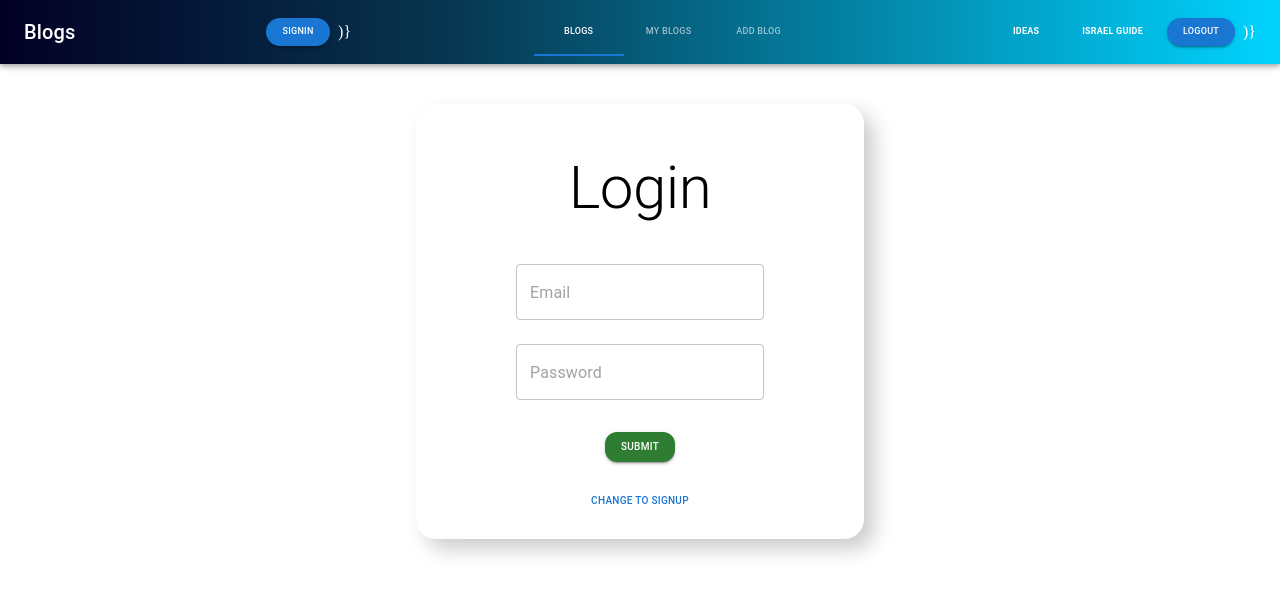
Repository: LolaSL/myBlogs
Page: /auth (app in frontend/)
An editor plug-in stored every save of this project. The page is shown before and after a run of saves, followed by the edit.
The browser window is 1280 px wide. The pictures show the whole page.
The project was rebuilt for these pictures with package versions that can differ from the ones it lists, and the page was loaded fresh each time. Also part of the build but not shown: frontend/src/components/Blog.jsx, frontend/src/components/Blogs.jsx, frontend/src/components/UserBlog.jsx, frontend/src/components/BlogDetails.jsx, frontend/src/components/AddBlog.jsx, frontend/src/pages/HotelTips.jsx, frontend/src/pages/TouristTips.jsx, frontend/src/pages/Journey.jsx and 7 more. Imported but missing from the stored project, and not drawn on this page: frontend/src/components/videos/video.webm.

Above is the page before, as saved 2024-04-11 15:32:29.

### frontend/public/index.html
<!DOCTYPE html>
<html lang="en">
  <head>
    <meta charset="utf-8" />
    <link rel="icon" href="%PUBLIC_URL%/favicon.ico" />
    <meta name="viewport" content="width=device-width, initial-scale=1" />
    <meta name="theme-color" content="#000000" />
    <meta
      name="description"
      content="Web site created using create-react-app"
    />
    <link rel="apple-touch-icon" href="%PUBLIC_URL%/logo192.png" />
    <!--
      manifest.json provides metadata used when your web app is installed on a
      user's mobile device or desktop. See https://developers.google.com/web/fundamentals/web-app-manifest/
    -->
    <link rel="manifest" href="%PUBLIC_URL%/manifest.json" />
    <!--
      Notice the use of %PUBLIC_URL% in the tags above.
      It will be replaced with the URL of the `public` folder during the build.
      Only files inside the `public` folder can be referenced from the HTML.

      Unlike "/favicon.ico" or "favicon.ico", "%PUBLIC_URL%/favicon.ico" will
      work correctly both with client-side routing and a non-root public URL.
      Learn how to configure a non-root public URL by running `npm run build`.
    -->
    <link href="https://fonts.googleapis.com/css2?family=Montserrat&display=swap" rel="stylesheet">
    <title>React App</title>
  </head>
  <body>
    <noscript>You need to enable JavaScript to run this app.</noscript>
    <div id="root"></div>
    <!--
      This HTML file is a template.
      If you open it directly in the browser, you will see an empty page.

      You can add webfonts, meta tags, or analytics to this file.
      The build step will place the bundled scripts into the <body> tag.

      To begin the development, run `npm start` or `yarn start`.
      To create a production bundle, use `npm run build` or `yarn build`.
    -->
  </body>
</html>

### frontend/src/index.js
import React from 'react';
import ReactDOM from 'react-dom/client';
import './index.css';
import App from './App';
import reportWebVitals from './reportWebVitals';
import { BrowserRouter } from 'react-router-dom';
import { Provider } from 'react-redux';
import { store } from './store'
import 'react-toastify/dist/ReactToastify.css'



const root = ReactDOM.createRoot(document.getElementById('root'));
root.render(
  <React.StrictMode>
    <BrowserRouter>
      <Provider store={store}>
        <App />
      </Provider>
      </BrowserRouter>
  </React.StrictMode>
);

// If you want to start measuring performance in your app, pass a function
// to log results (for example: reportWebVitals(console.log))
// or send to an analytics endpoint. Learn more: https://bit.ly/CRA-vitals
reportWebVitals();

### frontend/src/index.css

* {
  margin: 0;
}
.pagination {
  display: flex;
  justify-content: center;
  list-style: none;
  padding: 0;
  margin: 10px;
}

.page-item {
  margin: 0 5px;
}

.page-link {
  display: inline-block;
  padding: 5px 10px;
  background-color: #007bff;
  color: #fff;
  border: 1px solid #007bff;
  border-radius: 5px;
  text-decoration: none;
  cursor: pointer;
}

.page-link:hover {
  background-color: #0056b3;
  color: #fff;
}

### frontend/src/App.js
import React, { useEffect } from 'react';
import Header from './components/Header';
import { Route, Routes } from 'react-router-dom';
import Auth from './components/Auth.jsx';
import Blogs from './components/Blogs.jsx';
import UserBlogs from './components/UserBlog.jsx';
import BlogDetails from './components/BlogDetails.jsx';
import AddBlog from './components/AddBlog.jsx';
import { useDispatch, useSelector } from 'react-redux';
import { authActions } from './store';
import HotelTips from './pages/HotelTips.jsx';
import TouristTips from './pages/TouristTips.jsx';
import Journey from './pages/Journey.jsx';
import CompliteGuide from './pages/CompliteGuide.jsx';
import BestTimeToVisit from './pages/BestTime.jsx';
import WheatherAndClimate from './pages/WeatherAndClimate.jsx';
import ReasonToVisitIsrael from './pages/ReasonTovisitIstael.jsx';
import Airport from './pages/Airport.jsx'
import FashionStyle from './pages/FashionStyle.jsx';
import { ToastContainer } from 'react-toastify';
import HealthRecipes from './pages/HealthRecipes.jsx'



function App() {
  const dispatch = useDispatch();
  const isLoggedIn = useSelector(state => state.isLoggedIn);
  console.log(isLoggedIn)
  useEffect(() => {

    if (localStorage.getItem("userId"))
      dispatch(authActions.login())
  }, [dispatch])

  return (
    <React.Fragment>
      <header>
        <Header />
      </header>
      <main>
        <Routes>

          <Route path="/health-dinner-recipes" element={<HealthRecipes />} />
          <Route path="/fashion-style" element={<FashionStyle />} />
          <Route path="/airport" element={<Airport />} />
          <Route path="/reasons-to-visit-israel" element={<ReasonToVisitIsrael />} />
          <Route path="/wheather-and-climate" element={<WheatherAndClimate />} />
          <Route path="/best-time-to-visit" element={<BestTimeToVisit />} />
          <Route path="/slide" element={<CompliteGuide />} />
          <Route path="/journey" element={<Journey />} />
          <Route path="/tips" element={<TouristTips />} />
          <Route path="/hotel-tips" element={<HotelTips />} />
          {!isLoggedIn ? <Route path="/auth" element={<Auth />} /> :
            <>
              <Route path="/blogs" element={<Blogs />} />
              <Route path="/blogs/add" element={<AddBlog />} />
              <Route path="/myBlogs" element={<UserBlogs />} />
              <Route path="/myBlogs/:id" element={<BlogDetails />} />
            </>
          }

        </Routes>
        <ToastContainer position="bottom-center" limit={1} autoClose={3000} />
      </main>

    </React.Fragment>
  );
}

export default App;

### frontend/src/store/index.js
import { configureStore, createSlice } from '@reduxjs/toolkit';

const authSlice = createSlice({
    name: 'auth',
    initialState: { isLoggedIn: false },
    reducers: {
        login(state) {
            state.isLoggedIn = true;
        },
        logout(state) {
            localStorage.removeItem("userId")
            state.isLoggedIn = false;
        }
    }
});
export const authActions = authSlice.actions
export const store = configureStore({
    reducer: authSlice.reducer
})

### frontend/src/components/Header.jsx
import React, { useState } from "react";
import {
  AppBar,
  Toolbar,
  Typography,
  Box,
  Button,
  Tabs,
  Tab,
  useMediaQuery,
  useTheme,
  Drawer,
  List,
  ListItem,
  ListItemText,
} from "@mui/material";
import { Link } from "react-router-dom";
import { useSelector, useDispatch } from "react-redux";
import { authActions } from "../store";
import useStyles from "./utils";
import Guide from "./Guide";
import Ideas from "./Ideas";
import { toast } from "react-toastify";
import "react-toastify/dist/ReactToastify.css";

const Header = () => {
  const classes = useStyles();
  const dispatch = useDispatch();
  const isLoggedIn = useSelector((state) => state.isLoggedIn);
  const [value, setValue] = useState(0);
  const [menuOpen, setMenuOpen] = useState(false);

  const theme = useTheme();

  const isSmallScreen = useMediaQuery(theme.breakpoints.down("sm"));

  const toggleMenu = () => {
    setMenuOpen(!menuOpen);
  };

  const handleLogout = () => {
    dispatch(authActions.logout());
    toast.success("Logged out successfully!");
  };

  return (
    <AppBar
      position="sticky"
      sx={{
        background:
          "linear-gradient(90deg, rgba(2,0,36,1) 0%, rgba(7,54,80,1) 35%, rgba(0,212,255,1) 100%)",
        top: 0,
      }}
    >
      <Toolbar>
        <Typography className={classes.font} variant="h6">
          Blogs
        </Typography>
        {/* {!isLoggedIn && ( */}
          <Box
            fontSize="9px"
            position="right"
            marginLeft={"auto"}
            marginRight={"4"}
          >
            <Button
              display="flex"
              className={classes.font}
              LinkComponent={Link}
              to="/auth"
              variant="contained"
              sx={{ margin: 1, borderRadius: 10, fontSize: "9px" }}
              color="primary"
            >
              SignIn
            </Button>
          </Box>
        )}

          <>
            <Box
              fontSize="9px"
              display="flex"
              marginLeft={"auto"}
              marginRight={"auto"}
            >
              {isSmallScreen ? (
                <>
                  <Ideas />
                  <Guide />
                  <Button
                    className={classes.font}
                    onClick={toggleMenu}
                    variant="text"
                    sx={{ margin: 1, borderRadius: 10, fontSize: "9px", color: "white" }}
                  >
                    Menu
                  </Button>
                </>
              ) : (
                <Tabs
                  sx={{ fontSize: "9px" }}
                  textColor="inherit"
                  value={value}
                  onChange={(e, val) => setValue(val)}
                >
                  <Tab
                    sx={{ fontSize: "9px" }}
                    className={classes.font}
                    LinkComponent={Link}
                    to="/blogs"
                    label="Blogs"
                  />
                  <Tab
                    sx={{ fontSize: "9px" }}
                    className={classes.font}
                    LinkComponent={Link}
                    to="/myBlogs"
                    label="My Blogs"
                  />
                  <Tab
                    sx={{ fontSize: "9px" }}
                    className={classes.font}
                    LinkComponent={Link}
                    to="/blogs/add"
                    label="Add Blog"
                  />
                </Tabs>
              )}
            </Box>

            {isSmallScreen && (
              <Drawer anchor="right" open={menuOpen} onClose={toggleMenu}>
                <List>
                  <ListItem component={Link} to="/blogs">
                    <ListItemText primary="Blogs" />
                  </ListItem>
                  <ListItem component={Link} to="/myBlogs">
                    <ListItemText primary="My Blogs" />
                  </ListItem>
                  <ListItem component={Link} to="/blogs/add">
                    <ListItemText primary="Add Blog" />
                  </ListItem>
                  <ListItem onClick={toggleMenu}>
                    <ListItemText primary="Close" />
                  </ListItem>
                </List>
              </Drawer>
            )}

            {!isSmallScreen && (
              <>
                <Ideas /> <Guide />
              </>
            )}
            <Button
              className={classes.font}
              onClick={handleLogout}
              LinkComponent={Link}
              to="/auth"
              variant="contained"
              sx={{ margin: 1, borderRadius: 10, fontSize: "9px" }}
              color="primary"
            >
              LogOut
            </Button>
          </>
        )}
     </Toolbar>
    </AppBar>
  );
 };

export default Header;

### frontend/src/components/Auth.jsx
import React, { useState } from "react";
import { Box, Button, TextField, Typography } from "@mui/material";
import axios from "axios";
import { authActions } from '../store';
import { useDispatch } from 'react-redux';
import { useNavigate } from "react-router-dom";
import useStyles from "./utils";
import { toast } from 'react-toastify';
import { getError } from '../errors.js';


const Auth = () => {
  const classes = useStyles();
  const navigate = useNavigate();
  const dispatch = useDispatch();
  const [inputs, setInputs] = useState({
    name: "",
    email: "",
    password: "",
  });

  const [isSignUp, setIsSignUp] = useState(false);

  const handleChange = (e) => {
    setInputs((prevState) => ({
      ...prevState,
      [e.target.name]: e.target.value,
    }));
  };

  const sendRequest = async (type = "login") => {
    try {
      const res = await axios.post(`http://localhost:5050/api/user/${type}`, {
        name: inputs.name,
        email: inputs.email,
        password: inputs.password,
      });

      const data = res.data;
      if (type === 'signup') {
        toast.success('Signup successful!');
      } else {
        toast.success('Login successful!');
      }
      localStorage.setItem('userId', data.user._id);
      dispatch(authActions.login());
      navigate("/blogs");
    } catch (error) {
      toast.error(getError(error));
    }
  };

  const handleSubmit = (e) => {
    e.preventDefault();
    if (isSignUp) {
      sendRequest("signup");
    } else {
      sendRequest();
    }
  };

  return (
    <div>
      <form onSubmit={handleSubmit}>
        <Box
          maxWidth={400}
          display="flex"
          flexDirection={"column"}
          alignItems="center"
          justifyContent={"center"}
          boxShadow="10px 10px 20px #ccc"
          padding={3}
          margin="auto"
          marginTop={5}
          borderRadius={5}
        >
          <Typography className={classes.font} variant="h2" padding={3} textAlign="center">
            {isSignUp ? "Signup" : "Login"}
          </Typography>
          {isSignUp && (
            <TextField
              className={classes.font}
              name="name"
              onChange={handleChange}
              margin="normal"
              value={inputs.name}
              placeholder="Name"
            />
          )}
          <TextField
            className={classes.font}
            name="email"
            onChange={handleChange}
            margin="normal"
            value={inputs.email}
            placeholder="Email"
            type={"email"}
          />
          <TextField
            className={classes.font}
            name="password"
            onChange={handleChange}
            margin="normal"
            value={inputs.password}
            placeholder="Password"
            type={"password"}
          />
          <Button
            className={classes.font}
            type="submit"
            variant="contained"
            sx={{ borderRadius: 3, marginTop: 3, fontSize: "10px" }}
            color="success"
          >
            Submit
          </Button>
          <Button
            className={classes.font}
            sx={{ borderRadius: 3, marginTop: 3, fontSize: "10px" }}
            color="primary"
            onClick={(e) => setIsSignUp(!isSignUp)}
          >
            Change to {isSignUp ? "Login" : "Signup"}
          </Button>
        </Box>
      </form>
      {/* <ToastContainer/> */}
    </div>
  );
};

export default Auth;

### frontend/src/components/utils.js
import { styled, useTheme } from '@mui/system';

const useStyles = () => {
  const theme = useTheme();

  return styled({
    typography: {
      fontFamily: ['"Montserrat"', 'Open Sans'].join(',')
    },
    container: {
      paddingTop: theme.spacing(4),
      paddingBottom: theme.spacing(4),
    },
    heading: {
      fontSize: "2rem",
      fontWeight: "lighter",
      textAlign: "center",
      marginTop: theme.spacing(4),
      marginBottom: theme.spacing(4),
      padding: theme.spacing(2),
    },
    section: {
      marginTop: theme.spacing(4),
      marginBottom: theme.spacing(4),
      padding: theme.spacing(2),
    },
    article: {
      fontWeight: "lighter",
      textAlign: "justify",
    },
  });
};
export default useStyles;

### frontend/src/components/Guide.jsx
import React, { useState } from "react";
import useStyles from "./utils";
import { Menu, MenuItem, Button } from "@mui/material";
import { Link } from "react-router-dom";

const Guide = () => {
  const classes = useStyles();
  const [isMenuOpen, setIsMenuOpen] = useState(false);
  const [anchorEl, setAnchorEl] = useState(null);

  const toggleMenu = () => {
    setIsMenuOpen(!isMenuOpen);
    setAnchorEl(null);
  };

  const openMenu = (event) => {
    setAnchorEl(event.currentTarget);
  };

  return (
    <div>
      <Button
        color="info"
        className={classes.font}
        onClick={openMenu}
        sx={{
          color: "white",
          fontWeight: "bold",
          fontSize: "9px",
          margin: 1,
          borderRadius: 6,
          display: "flex",
          justifyContent: "flex",

        }}

      >
       Israel Guide
      </Button>
      <Menu
        anchorEl={anchorEl}
        open={Boolean(anchorEl)}
        onClose={() => setAnchorEl(null)}
        anchorOrigin={{
          vertical: "bottom",
          horizontal: "right",
        }}
        transformOrigin={{
          vertical: "top",
          horizontal: "right",
        }}
      >
        {" "}
        <MenuItem
          className={classes.font}
          onClick={toggleMenu}
          component={Link}
          to="/slide"
        >
          Top destinations
        </MenuItem>
        <MenuItem
          className={classes.font}
          onClick={toggleMenu}
          component={Link}
          to="/best-time-to-visit"
        >
          The best time to visit
        </MenuItem>
        <MenuItem
          className={classes.font}
          onClick={toggleMenu}
          component={Link}
          to="/wheather-and-climate"
        >
          Wheather & Climate
        </MenuItem>
        <MenuItem
          className={classes.font}
          onClick={toggleMenu}
          component={Link}
          to="/reasons-to-visit-israel"
        >
          Reasons to visit Israel
        </MenuItem>
        <MenuItem
          className={classes.font}
          onClick={toggleMenu}
          component={Link}
          to="/airport"
        >
          Ben Gurion Aeroport
        </MenuItem>
      </Menu>
    </div>
  );
};

export default Guide;

### frontend/src/components/Ideas.jsx
import React, { useState } from "react";
import useStyles from "./utils";
import { Menu, MenuItem, Button } from "@mui/material";
import { Link } from "react-router-dom";

const Ideas = () => {
  const classes = useStyles();
  const [isMenuOpen, setIsMenuOpen] = useState(false);
  const [anchorEl, setAnchorEl] = useState(null);

  const toggleMenu = () => {
    setIsMenuOpen(!isMenuOpen);
    setAnchorEl(null);
  };

  const openMenu = (event) => {
    setAnchorEl(event.currentTarget);
  };

  return (
    <div>
      <Button
        className={classes.font}
        onClick={openMenu}
        sx={{
          color: "white",
          fontWeight: "bold",
          fontSize: "9px",
          margin: 1,
          borderRadius: 6,
          display: "flex",
          justifyContent: "flex",
        }}
      >
        Ideas
      </Button>
      <Menu
        anchorEl={anchorEl}
        open={Boolean(anchorEl)}
        onClose={() => setAnchorEl(null)}
        anchorOrigin={{
          vertical: "bottom",
          horizontal: "right",
        }}
        transformOrigin={{
          vertical: "top",
          horizontal: "right",
        }}
      >
        <MenuItem
          className={classes.font}
          onClick={toggleMenu}
          component={Link}
          to="/journey"
        >
          Find your next trip and destination
        </MenuItem>
        <MenuItem
          className={classes.font}
          onClick={toggleMenu}
          component={Link}
          to="/tips"
        >
          The best tourist tips
        </MenuItem>
        <MenuItem
          className={classes.font}
          onClick={toggleMenu}
          component={Link}
          to="/hotel-tips"
        >
          Tips to find a hotel
        </MenuItem>
        <MenuItem
          className={classes.font}
          onClick={toggleMenu}
          component={Link}
          to="/fashion-style"
        >
          Fashion and Style
        </MenuItem>
        <MenuItem
          className={classes.font}
          onClick={toggleMenu}
          component={Link}
          to="/health-dinner-recipes"
        >
          A few recipes for healthier dinner
        </MenuItem>
      </Menu>
    </div>
  );
};

export default Ideas;

Loaded but not shown: frontend/src/reportWebVitals.js (common file); frontend/src/errors.js (common file)

After the next 2 saves:
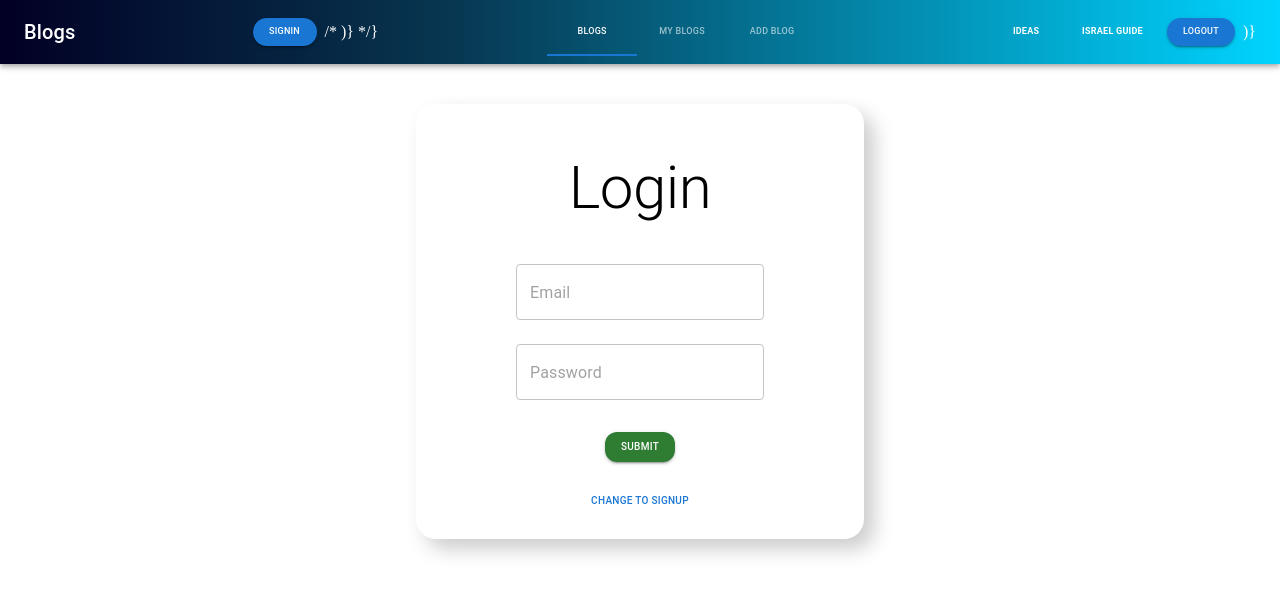
The 2 saves are shown as one change because they came seconds apart.
The last was saved 10 s later.
--- a/frontend/src/components/Header.jsx
+++ b/frontend/src/components/Header.jsx
@@ -75,7 +75,7 @@ const Header = () => {
               SignIn
             </Button>
           </Box>
-        )}
+        /* )} */}
 
           <>
             <Box
